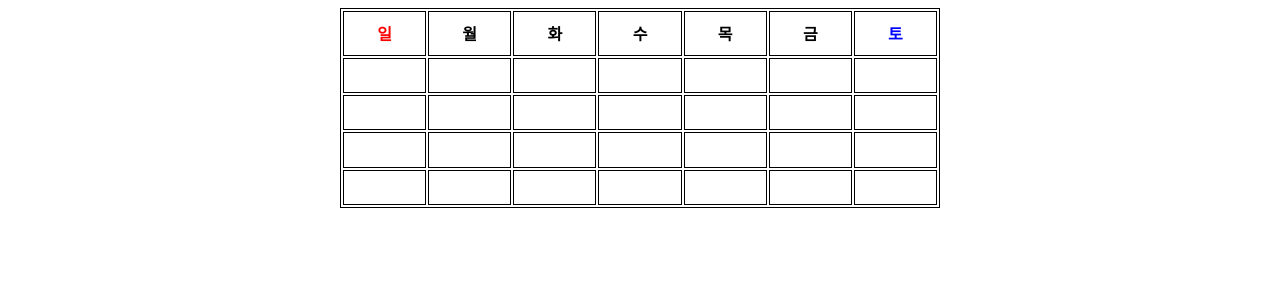
Repository: gyungmean/2020_2_webProgramming
Page: http://localhost/jspbook/Practice10/Practice10.jsp
These files come from the project's save history. The page is drawn as it stood at one moment and after the next save; the edit follows.
The browser window is 1280 px wide. The pictures show the whole page.
The page is served by Tomcat 9.

Above is the page before, as saved 2020-10-12 08:28:46.

### week4/jspbook/WebContent/Practice10/Practice10.jsp
<%--컴퓨터학과 20190941 김경민 --%>
<%--최적 실행화면 : Eclipse built-in --%>
<%@ page language="java" contentType="text/html; charset=UTF-8"
    pageEncoding="UTF-8"%>
<!DOCTYPE html>
<html>
<head>
<meta charset="EUC-KR">
<title>Practice 10</title>
<style>
	table {
	    width: 600px;
	    height: 200px;
	    border: 1px solid black;
  	}
  	th, td {
    	border: 1px solid black;
    	text-align: center;
    	font-weight: bold;
  	}
</style>
</head>
<body>
<%
	out.println("<div align=\"center\">");
	out.println("<table>");
	String[] day = {"일", "월", "화", "수", "목", "금", "토"};
	out.println("<tr>");
		out.println("<td><font color=\"red\">일</font></td>");
		out.println("<td>월</td>");
		out.println("<td>화</td>");
		out.println("<td>수</td>");
		out.println("<td>목</td>");
		out.println("<td>금</td>");
		out.println("<td><font color=\"blue\">토</font></td>");
	out.println("</tr>");
	for(int i = 0; i < 4; i++){
		out.println("<tr>");
		for(int j = 0; j < 7; j++){
			out.println("<td>&nbsp;</td>");
		}
		out.println("</tr>");
	}
	out.println("</table>");
	out.println("</div>");
%>
</body>
</html>

After the next save:
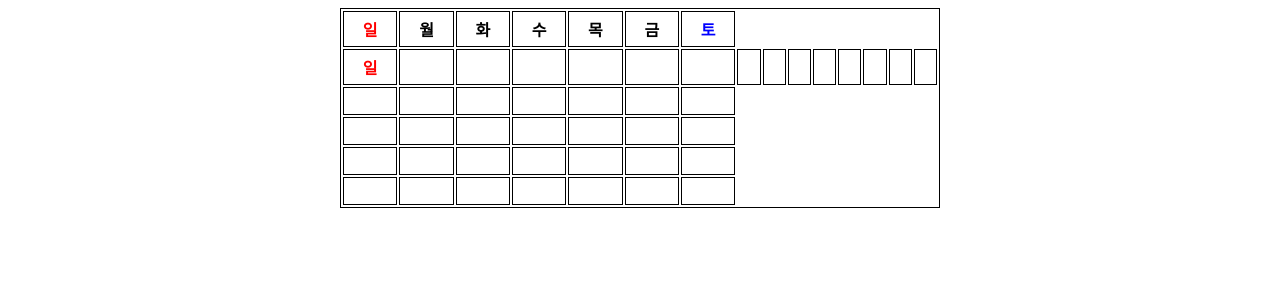
Saved 105 s later.
--- a/week4/jspbook/WebContent/Practice10/Practice10.jsp
+++ b/week4/jspbook/WebContent/Practice10/Practice10.jsp
@@ -34,8 +34,15 @@
 		out.println("<td>금</td>");
 		out.println("<td><font color=\"blue\">토</font></td>");
 	out.println("</tr>");
-	for(int i = 0; i < 4; i++){
+	for(int i = 0; i < 5; i++){
 		out.println("<tr>");
+		if(i == 0){
+			for(int j = 0; j < 7; j++){
+				if(day[j] == "일")
+					out.println("<td><font color=\"red\">" + day[j] +"</font></td>");
+				out.println("<td>&nbsp;</td>");
+			}
+		}
 		for(int j = 0; j < 7; j++){
 			out.println("<td>&nbsp;</td>");
 		}
